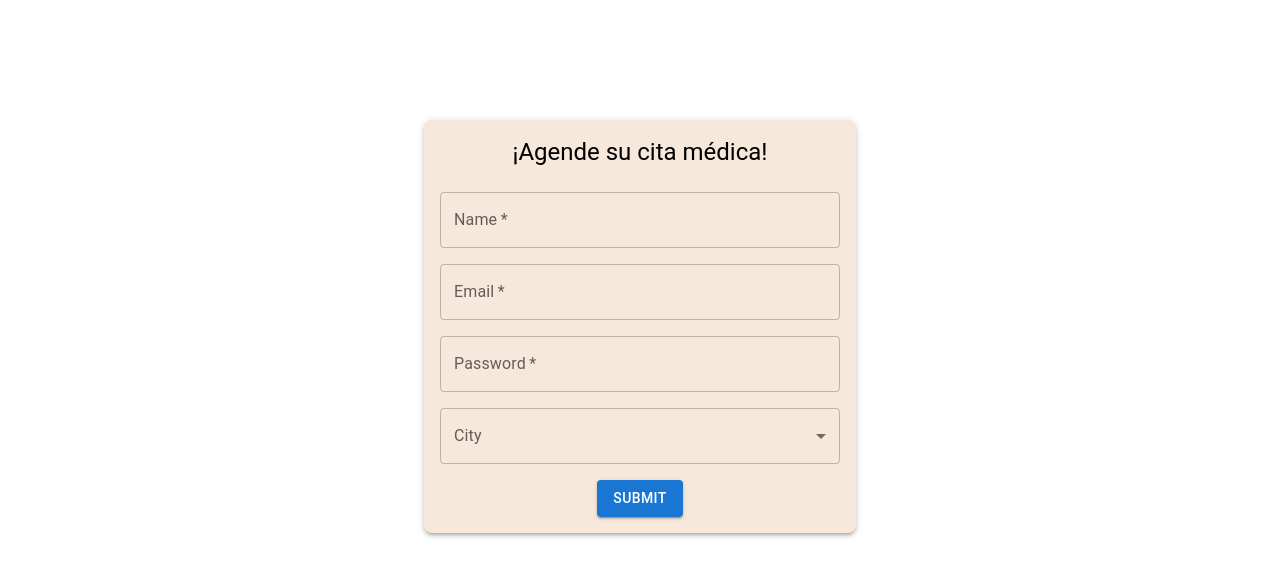
Repository: nicoleabaddd/FormReactJs
Page: /
An editor plug-in stored every save of this project. The page is shown before and after the next save, followed by the edit.
The browser window is 1280 px wide. The pictures show the whole page.
The project was rebuilt for these pictures with package versions that can differ from the ones it lists, and the page was loaded fresh each time. Also part of the build but not shown: src/App.css.

Above is the page before, as saved 2024-07-15 01:08:16.

### src/App.js
import './App.css';
import { Box } from '@mui/material';
import FormPages from "./pages/formPages";

const App = () => {
  return (
    <div>
      <FormPages />
    </div>
  );
};

export default App;

### src/pages/formPages.jsx
import { Box } from "@mui/material";
import React from "react";
import Forms from "../components/formulario";

const FormPages=()=> {
    return (
        <Box sx={{marginTop: "120px" ,justifyContent: "center" }}> <Forms/></Box>
    )
};

export default FormPages;

### src/components/formulario.jsx
import React, { useState } from "react";
import {
    TextField,
    Button,
    Box,
    Typography,
    Dialog,
    DialogActions,
    DialogContent,
    DialogContentText,
    DialogTitle,
    MenuItem,
    Select,
    InputLabel,
    FormControl
  } from "@mui/material";
import { green } from "@mui/material/colors";

  const cities = [
    { name: "Quito", value: "Quito" },
    { name: "Guayaquil", value: "Guayaquil" },
    { name: "Cuenca", value: "Cuenca" },
    { name: "Santo Domingo", value: "Santo Domingo" },
    { name: "Machala", value: "Machala" },
    { name: "Durán", value: "Durán" },
    { name: "Manta", value: "Manta" },
    { name: "Portoviejo", value: "Portoviejo" },
    { name: "Ambato", value: "Ambato" },
    { name: "Riobamba", value: "Riobamba" }
  ];

  const Forms = () => {
    const [formData, setFormData] = useState({
      name: "",
      email: "",
      password: "",
      city: ""
    });
    const [open, setOpen] = useState(false);

    const handleChange = (e) => {
      const { name, value } = e.target;
      setFormData((prevData) => ({
        ...prevData,
        [name]: value
      }));
    };

    const handleSubmit = (e) => {
      e.preventDefault();
      console.log(formData);
      setOpen(true);
    };

    const handleClose = () => {
      setOpen(false);
    };

    return (
      <Box
        component="form"
        onSubmit={handleSubmit}
        sx={{
          display: "flex",
          flexDirection: "column",
          alignItems: "center",
          gap: 2,
          maxWidth: 400,
          margin: "auto",
          padding: 2,
          boxShadow: 3,
          borderRadius: 2,
          background: "#F6E8DA"
        }}
      >
        <Typography variant="h5" component="h1" gutterBottom>
          ¡Agende su cita médica!
        </Typography>

        <TextField
          label="Name"
          name="name"
          value={formData.name}
          onChange={handleChange}
          fullWidth
          required
        />
        <TextField
          label="Email"
          name="email"
          value={formData.email}
          onChange={handleChange}
          fullWidth
          required
          type="email"
        />
        <TextField
          label="Password"
          name="password"
          value={formData.password}
          onChange={handleChange}
          fullWidth
          required
          type="password"
        />
        <FormControl fullWidth>
          <InputLabel id="city-label">City</InputLabel>
          <Select
            labelId="city-label"
            name="city"
            value={formData.city}
            onChange={handleChange}
            label="City"
            fullWidth
            required
          >
            {cities.map((city, index) => (
              <MenuItem key={index} value={city.value}>
                {city.name}
              </MenuItem>
            ))}
          </Select>
        </FormControl>
        <Button variant="contained" color="primary" type="submit">
          Submit
        </Button>

        <Dialog open={open} onClose={handleClose}>
          <DialogTitle>{"Cita agendada"}</DialogTitle>
          <DialogContent>
            <DialogContentText>
              ¡Tu cita ha sido agendada exitosamente!
            </DialogContentText>
          </DialogContent>
          <DialogActions>
            <Button onClick={handleClose} color="primary" autoFocus>
              Close
            </Button>
          </DialogActions>
        </Dialog>
      </Box>
    );
  };

export default Forms;

Loaded but not shown: public/index.html (common file); src/index.js (common file); src/index.css (common file); src/reportWebVitals.js (common file)

After the next save:
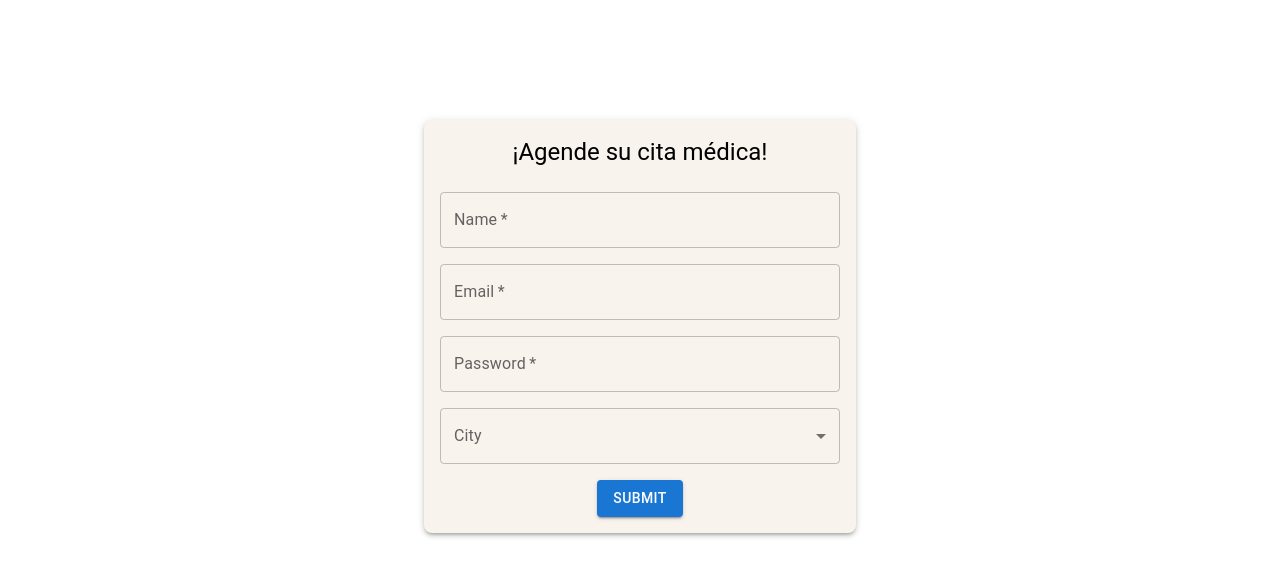
Saved 32 s later.
--- a/src/components/formulario.jsx
+++ b/src/components/formulario.jsx
@@ -70,7 +70,7 @@ import { green } from "@mui/material/colors";
           padding: 2,
           boxShadow: 3,
           borderRadius: 2,
-          background: "#F6E8DA"
+          background: "#F9F3EE"
         }}
       >
         <Typography variant="h5" component="h1" gutterBottom>
